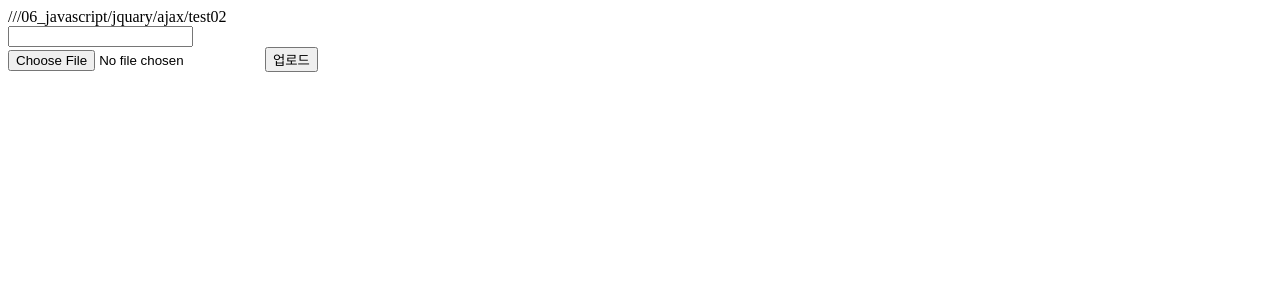
Repository: shouvoo/bitAcademy
Page: work/jsp/06_javascript/WebContent/09_jquery/09_ajaxfile/test01.html
An editor plug-in stored every save of this project. The page is shown before and after the next save, followed by the edit.
The browser window is 1280 px wide. The pictures show the whole page.

Above is the page before, as saved 2017-11-28 02:57:13.

After the next save:
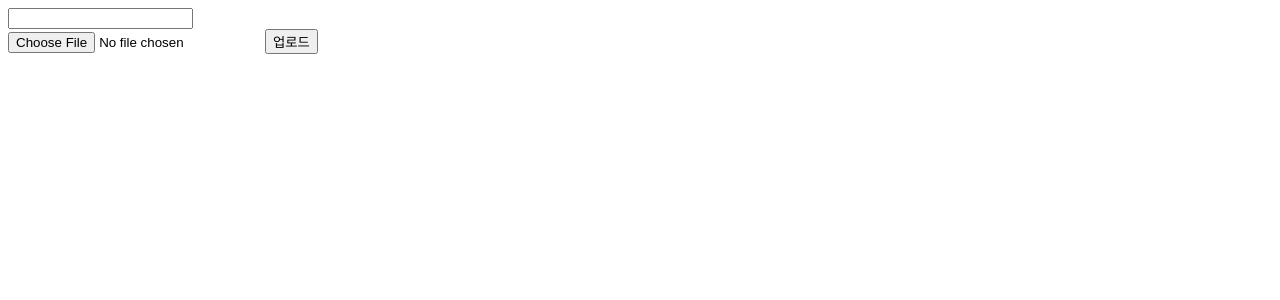
Saved 56 s later.
--- a/work/jsp/06_javascript/WebContent/09_jquery/09_ajaxfile/test01.html
+++ b/work/jsp/06_javascript/WebContent/09_jquery/09_ajaxfile/test01.html
@@ -7,7 +7,6 @@
 <script src="../js/jquery.form.js"></script>
 </head>
 <body>
-///06_javascript/jquary/ajax/test02
 	<form id="ajaxForm" action="/06_javascript/jquery/ajaxfile/test01"
 	      method="post"
 	      enctype="multipart/form-data">
